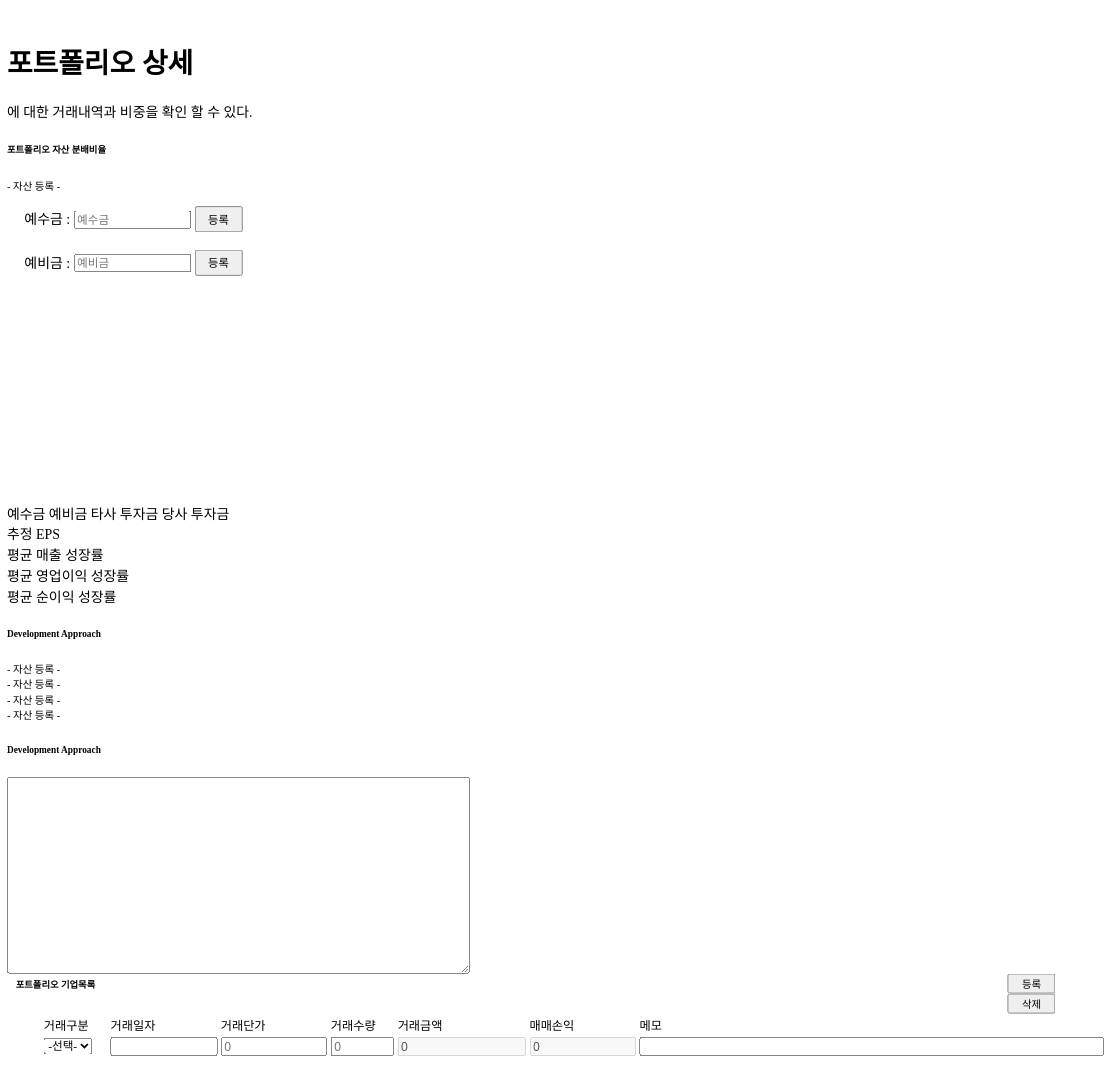
Repository: bangProgram/PJT_Finance
Page: http://localhost/Finance/WEB-INF/views/portfolio/portfolioDetail.jsp
These files come from the project's save history. The page is drawn as it stood at one moment and after the next save; the edit follows.
The browser window is 1280 px wide. The pictures show the whole page, at 87% of full size.
The page is served by Tomcat 9. Nobody is signed in. Other server files are loaded and not shown. The template is opened directly, without the code that normally fills it, so the values that code supplies are empty.

Above is the page before, as saved 2022-11-17 06:07:59.

### Finance/src/main/webapp/WEB-INF/views/portfolio/portfolioDetail.jsp
<%@ page pageEncoding="UTF-8" contentType="text/html;charset=utf-8"%>
<%@ taglib prefix="fmt" uri="http://java.sun.com/jsp/jstl/fmt"%>
<%@ taglib uri="http://java.sun.com/jsp/jstl/core" prefix="c"%>
<script src="https://code.jquery.com/jquery-3.4.1.min.js"></script>﻿
<script type="text/javascript">
	var toggleChk = true;
	$(document).ready(function(){
		$("#gubn").change(function(){
			if(this.value == "0101"){
				$("#inputTr").css("background-color","#ffc4c4");
			}else if(this.value == "0102"){
				$("#inputTr").css("background-color","#cad8ff");
			}else{
				$("#inputTr").css("background-color","");
			}

		});


	});

	function portDetailSave(mode){
		var frm = document.searchForm;
		var gubn = $("#gubn").val();

		$("#mode").val(mode);

		if(gubn == "0101"){
			var TRADE_QUANTITY = $("#TRADE_QUANTITY").val();
			var TRADE_AMOUNT = $("#TRADE_AMOUNT").val();
			$("#BUY_QUANTITY").val(TRADE_QUANTITY);
			$("#BUY_AMOUNT").val(TRADE_AMOUNT);

		}else{
			var TRADE_QUANTITY = $("#TRADE_QUANTITY").val();
			var TRADE_AMOUNT = $("#TRADE_AMOUNT").val();
			$("#SELL_QUANTITY").val(TRADE_QUANTITY);
			$("#SELL_AMOUNT").val(TRADE_AMOUNT);

		}

		$("#TRADE_AMOUNT").attr("disabled",false);
		$("#RETURN_AMOUNT").attr("disabled",false);
		frm.action = "/portfolio/detail/cud";
		frm.submit();
	}

	function calTradeAmount(){
		var gubn = $("#gubn").val();
		if(gubn != "" && gubn != null){
			var TRADE_PRICE = $("#TRADE_PRICE").val();
			var TRADE_QUANTITY = $("#TRADE_QUANTITY").val();

			var calValue = TRADE_PRICE * TRADE_QUANTITY
			$("#TRADE_AMOUNT").val(calValue);


			if(gubn == "0102"){
				var calReturn = (TRADE_PRICE - AVR_PRICE) * TRADE_QUANTITY
				$("#RETURN_AMOUNT").val(calReturn);
			}
		}else{
			alert("거래구분 먼저 선택해주세요");
			return;
		}
	}

</script>

<style>
@keyframes add {
	from{background : lightgreen;}
	to{background : transparent;}
}

@keyframes del {
	from{background : indianred;}
	to{background : transparent;}
}

@keyframes search {
	from{background : lightsteelblue;}
	to{background : transparent;}
}

</style>
<html>
<head>
<title>사업장 목록</title>
</head>
<body>

<div class="container-fluid">

	<!-- Page Heading -->
	<h1 class="h3 mb-2 text-gray-800"><c:out value="${resultData.CORP_NAME }"/> 포트폴리오 상세</h1>
	<p class="mb-4"><c:out value="${resultData.CORP_NAME }"/> 에 대한 거래내역과 비중을 확인 할 수 있다.
		<span id=""></span>
	</p>


	<div class="row">
                        <!-- Pie Chart -->
		<div class="col-xl-4 col-lg-5">
			<div class="card shadow mb-4" id="cardDiv">
		        <!-- Card Header - Dropdown -->
		        <div class="card-header py-3 d-flex flex-row align-items-center justify-content-between">
		            <h6 class="m-0 font-weight-bold text-primary">포트폴리오 자산 분배비율</h6>
		            <div class="dropdown no-arrow">
		                <a class="dropdown-toggle" href="#" role="button" id="dropdownMenuLink" data-toggle="dropdown" aria-haspopup="true" aria-expanded="false">
		                    <i class="fas fa-ellipsis-v fa-sm fa-fw text-gray-400"></i>
		                </a>
		                <div class="dropdown-menu dropdown-menu-right shadow animated--fade-in" aria-labelledby="dropdownMenuLink">
		                    <div class="dropdown-header" style="font-size: 12px;">- 자산 등록 -</div>
		                    <div class="dropdown-divider"></div>
		                    <div style="padding: 5px 10px 5px 10px;">
			                    <div class="dropdown-item" style="padding: 10px 10px 10px 10px;">
				                    예수금 : <input type="text" name="DEPOSIT_AMOUNT" id="DEPOSIT_AMOUNT" style="width : 135px;" value="${getPortfolio.DEPOSIT_AMOUNT }"  title="예수금" placeholder="예수금">
				                    <button class="btn btn-outline-primary" style="height: 30px; font-size: 13px; width: 55px;" id="btn_DEPOSIT_AMOUNT" onclick="regAsset('deposit'); return false;">
				                    	<c:if test="${getPortfolio.DEPOSIT_AMOUNT != null }">수정</c:if>
				                    	<c:if test="${getPortfolio.DEPOSIT_AMOUNT == null }">등록</c:if>
				                    </button>
			                    </div>
			                    <div class="dropdown-divider"></div>
			                    <div class="dropdown-item" style="padding: 10px 10px 10px 10px;">
				                    예비금 : <input type="text" name="RESERVE_AMOUNT" id="RESERVE_AMOUNT" style="width : 135px;" value="${getPortfolio.RESERVE_AMOUNT }"  title="예비금" placeholder="예비금">
				                    <button class="btn btn-outline-primary" style="height: 30px; font-size: 13px; width: 55px;" id="btn_RESERVE_AMOUNT" onclick="regAsset('reserve'); return false;">
				                    	<c:if test="${getPortfolio.RESERVE_AMOUNT != null }">수정</c:if>
				                    	<c:if test="${getPortfolio.RESERVE_AMOUNT == null }">등록</c:if>
				                    </button>
			                    </div>
		                    </div>
		                </div>
		            </div>
		        </div>
		        <!-- Card Body -->
		        <div class="card-body">
		            <div class="chart-pie pt-4 pb-2"><div class="chartjs-size-monitor"><div class="chartjs-size-monitor-expand"><div class=""></div></div><div class="chartjs-size-monitor-shrink"><div class=""></div></div></div>
		                <canvas id="myPieChart" width="470" height="245" style="display: block; width: 470px; height: 245px;" class="chartjs-render-monitor"></canvas>
		            </div>
		            <div class="mt-4 text-center small">
		                <span class="mr-2">
		                    <i class="fas fa-circle text-info"></i> 예수금
		                </span>
		                <span class="mr-2">
		                    <i class="fas fa-circle text-warning"></i> 예비금
		                </span>
		                <span class="mr-2">
		                    <i class="fas fa-circle text-secondary"></i> 타사 투자금
		                </span>
		                <span class="mr-2">
		                    <i class="fas fa-circle text-success"></i> 당사 투자금
		                </span>
		            </div>
		        </div>
		    </div>
		</div>

		<!-- Area Chart -->
	    <div class="" style="width: 180px;">
	        <div class="card shadow mb-4">
				<div class="card border-left-primary shadow h-100 py-2">
	            	<div class="card-body">
	                	<div class="row no-gutters align-items-center">
	                    	<div class="col mr-2">
	                        	<div class="text-xs font-weight-bold text-primary text-uppercase mb-1">
	                              추정 EPS</div>
								<div class="h5 mb-0 font-weight-bold text-gray-800"><c:out value=" ${resultData.ESTIMATE_EPS}"/></div>
	                      	</div>
	                  	</div>
	              	</div>
	          	</div>
	          	<div class="card border-left-info shadow h-100 py-2">
	              	<div class="card-body">
	                  	<div class="row no-gutters align-items-center">
	                      	<div class="col mr-2">
	                          	<div class="text-xs font-weight-bold text-info text-uppercase mb-1">
	                              	평균 매출 성장률</div>
	                          	<div class="h5 mb-0 font-weight-bold text-gray-800"><c:out value=" ${resultData.AVG_REVENUE_GROWTH}"/></div>
	                      	</div>
	                  	</div>
	              	</div>
	          	</div>
	        	<div class="card border-left-info shadow h-100 py-2">
	              	<div class="card-body">
	                  	<div class="row no-gutters align-items-center">
	                      	<div class="col mr-2">
	                          	<div class="text-xs font-weight-bold text-info text-uppercase mb-1">
	                              	평균 영업이익 성장률</div>
	                          	<div class="h5 mb-0 font-weight-bold text-gray-800"><c:out value=" ${resultData.AVG_OPERAT_GROWTH}"/></div>
	                      	</div>
	                  	</div>
	              	</div>
	          	</div>
	          	<div class="card border-left-info shadow h-100 py-2">
	              	<div class="card-body">
	                  	<div class="row no-gutters align-items-center">
	                      	<div class="col mr-2">
	                          	<div class="text-xs font-weight-bold text-info text-uppercase mb-1">
	                              	평균 순이익 성장률</div>
	                          	<div class="h5 mb-0 font-weight-bold text-gray-800"><c:out value=" ${resultData.AVG_PROFIT_GROWTH}"/></div>
	                      	</div>
	                  	</div>
	              	</div>
	          	</div>
	        </div>
		</div>
		<!-- MEMO Area -->
	    <div class="col-xl-2 col-lg-5">
			<div class="card shadow mb-4">
				<div class="card-header py-3">
					<h6 class="m-0 font-weight-bold text-primary">Development Approach</h6>
				</div>
				<div class="card-body">
                    <div class="dropdown-header" style="font-size: 12px;">
                    	<span>- 자산 등록 -</span>
                    </div>
                    <div class="dropdown-divider"></div>
                    <div class="dropdown-header" style="font-size: 12px;">
                    	<span>- 자산 등록 -</span>
                    </div>
                    <div class="dropdown-divider"></div>
                    <div class="dropdown-header" style="font-size: 12px;">
                    	<span>- 자산 등록 -</span>
                    </div>
                    <div class="dropdown-divider"></div>
                    <div class="dropdown-header" style="font-size: 12px;">
                    	<span>- 자산 등록 -</span>
                    </div>
                    <div class="dropdown-divider"></div>
				</div>
			</div>
		</div>
		<!-- MEMO Area -->
	    <div class="col-xl-4 col-lg-5">
			<div class="card shadow mb-4">
				<div class="card-header py-3">
					<h6 class="m-0 font-weight-bold text-primary">Development Approach</h6>
				</div>
				<div class="card-body">
					<textarea  rows="20" cols="85" style="    font-size: 10px;"><c:out value="${resultData.MEMO }"/></textarea>
				</div>
			</div>
		</div>
	</div>

	<form name="searchForm" method="post">
		<div class="container-fluid">
			<input type="hidden" name="mode" id="mode" value="" title="수정 FLAG">
			<input type="hidden" name="CORP_CODE" id="CORP_CODE" value="<c:out value='${resultData.CORP_CODE }'/>" title="현재보고있는 기업 코드">
			<input type="hidden" name="AVR_PRICE" id="AVR_PRICE" value="<c:out value='${resultData.AVR_PRICE}'/>" title="현재보고있는 기업 평균단가"/>
			<input type="hidden" name="HOLD_QUANTITY" id="HOLD_QUANTITY" value="<c:out value='${resultData.HOLD_QUANTITY }'/>" title="현재보고있는 기업 보유 수량">

			<input type="hidden" name="SEQs" id="SEQs" value="" title="삭제대상 상세 SEQ(복수)">

		</div>

	<!-- DataTales Example -->
	    <div class="card shadow mb-4">
	        <div class="card-header py-3" id="dataTables" style="display: table;">
	            <h6 class="m-0 font-weight-bold text-primary" style="display: table-cell; width: 91%; padding-left: 10px;">포트폴리오 기업목록</h6>
	            <div >
					<button class="dt-button buttons-excel buttons-html5 btn btn-outline-primary excelBtn" style="width: 55px; font-size: 12px;" tabindex="0" aria-controls="portCorpList" type="submit" onclick="portDetailSave('add'); return false;">
						<span>등록</span>
					</button>
					<button class="dt-button buttons-excel buttons-html5 btn btn-outline-primary excelBtn" style="width: 55px; font-size: 12px;" tabindex="0" aria-controls="portCorpList" type="submit" onclick="portDetailSave('del'); return false;">
						<span>삭제</span>
					</button>
				</div>
	        </div>
	        <div class="card-body">
	            <div class="table-responsive" >
	                <table id="portCorpList" class="table table-bordered" id="dataTable"  style="font-size: 14px; width:100%" >
	                	<colgroup>
	                		<col width="3%"/>
	                		<col width="6%"/>
	                		<col width="10%"/>
	                		<col width="10%"/>
	                		<col width="6%"/>
	                		<col width="12%"/>
	                		<col width="10%"/>
	                		<col width="43%"/>
	                	</colgroup>
	                    <thead id="tableHead">
				            <tr>
				            	<td></td>
				            	<td>거래구분</td>
								<td>거래일자</td>
								<td>거래단가</td>
								<td>거래수량</td>
								<td>거래금액</td>
								<td>매매손익</td>
								<td>메모</td>
							</tr>
				        </thead>
				        <tbody id="bodyList">
							<c:forEach items="${resultList}" var="ls" >
								<c:if test="${ls.GUBN == '0101'}"><tr style="background-color: #ffc4c4;"></c:if>
								<c:if test="${ls.GUBN == '0102'}"><tr style="background-color: #cad8ff;"></c:if>
									<td><input type="checkbox" name="del" value="${ls.SEQ}" title="포트폴리오 상세 SEQ"/></td>
									<td><c:out value="${ls.GUBN_NM}"/></td>
									<td><c:out value="${ls.TRADE_DATE}"/></td>
									<td><c:out value="${ls.TRADE_PRICE}"/></td>
									<td>
										<c:if test="${ls.GUBN == '0101'}"><c:out value="${ls.BUY_QUANTITY}"/></c:if>
										<c:if test="${ls.GUBN == '0102'}"><c:out value="${ls.SELL_QUANTITY}"/></c:if>
									</td>
									<td>
										<c:if test="${ls.GUBN == '0101'}"><c:out value="${ls.BUY_AMOUNT}"/></c:if>
										<c:if test="${ls.GUBN == '0102'}"><c:out value="${ls.SELL_AMOUNT}"/></c:if>
									</td>
									<td><c:out value="${ls.RETURN_AMOUNT}"/></td>
									<td><c:out value="${ls.MEMO}"/></td>
								</tr>
							</c:forEach>
							<tr id="inputTr">
								<td></td>
								<td>
									<select name="gubn" id="gubn" title="포트폴리오 상세 구분">
										<option value="">-선택-</option>
										<option value="0101">매수</option>
										<option value="0102">매도</option>
									</select>
								</td>
							    <td><input type="text" name="TRADE_DATE" id="TRADE_DATE" value="${curDate}" title="포트폴리오 거래일자" style="font-size: 14px; width:100%" /></td>
							    <td>
							    	<input type="text" name="TRADE_PRICE" onchange="calTradeAmount(); return false;" id="TRADE_PRICE" value="" placeholder="0" title="포트폴리오 거래단가" style="font-size: 14px; width:100%" />
							    </td>
								<td>
									<input type="text" name="TRADE_QUANTITY" onchange="calTradeAmount(); return false;" id="TRADE_QUANTITY" value="" placeholder="0" title="포트폴리오 거래수량" style="font-size: 14px; width:100%" />
									<input type="hidden" name="BUY_QUANTITY" id="BUY_QUANTITY" value="" title="매수 거래수량"/>
									<input type="hidden" name="SELL_QUANTITY" id="SELL_QUANTITY" value="" title="매도 거래수량"/>
								</td>
								<td>
									<input type="text" name="TRADE_AMOUNT" id="TRADE_AMOUNT" value="0" title="포트폴리오 거래금액" disabled="disabled" style="font-size: 14px; width:100%"/>
									<input type="hidden" name="BUY_AMOUNT" id="BUY_AMOUNT" value="" title="매수 거래금액"/>
									<input type="hidden" name="SELL_AMOUNT" id="SELL_AMOUNT" value="" title="매도 거래금액"/>
								</td>
								<td><input type="text" name="RETURN_AMOUNT" id="RETURN_AMOUNT" value="0" title="포트폴리오 매매손익" disabled="disabled" style="font-size: 14px; width:100%"/></td>
								<td><input type="text" name="MEMO" id="MEMO" value="" title="포트폴리오 거래 사유" style="font-size: 14px; width:100%"/></td>
							</tr>
				        </tbody>
	                </table>
	            </div>
	        </div>
	    </div>
	</form>
</div>

</body>
</html>

After the next save:
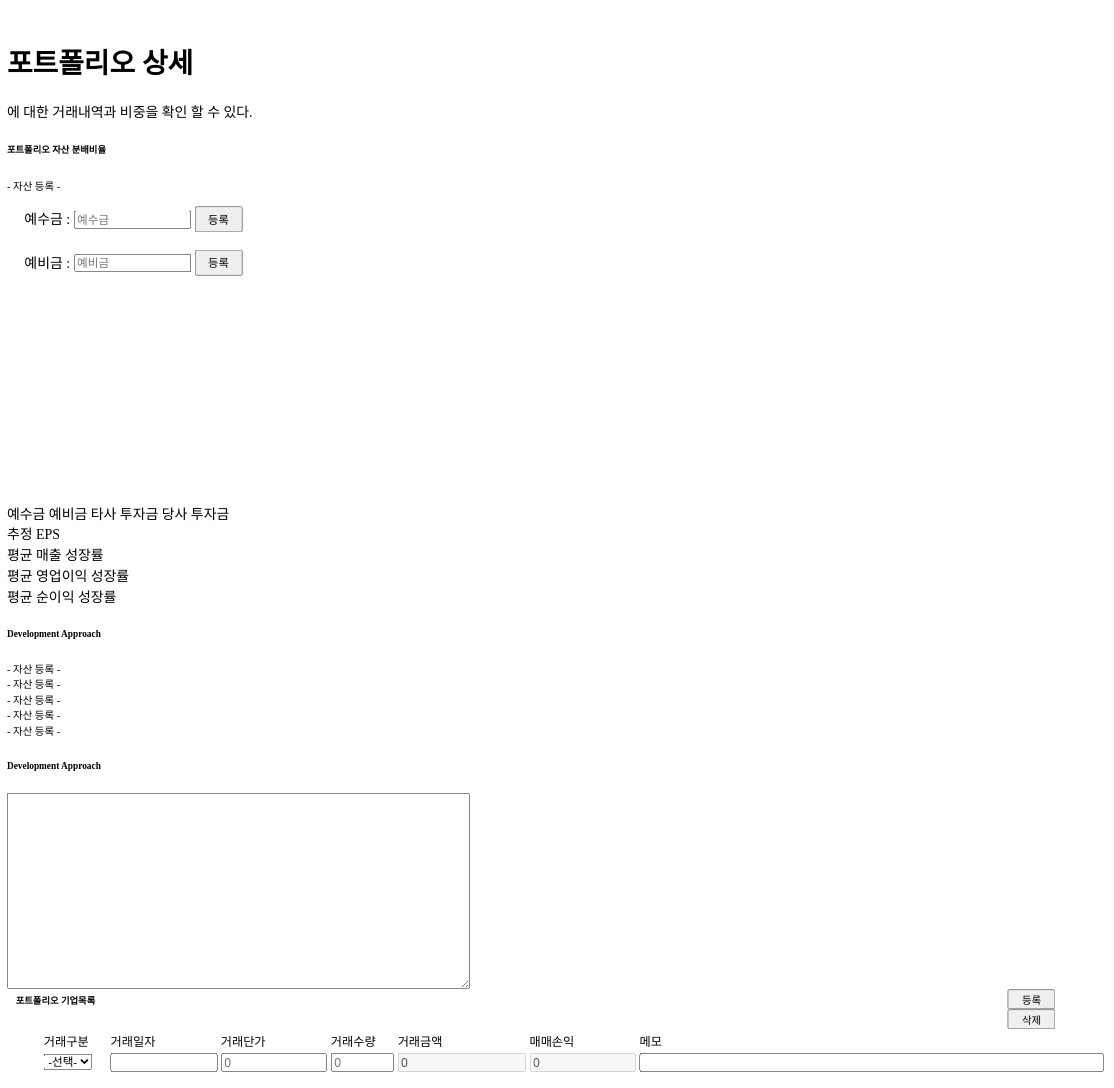
Saved 6 s later.
--- a/Finance/src/main/webapp/WEB-INF/views/portfolio/portfolioDetail.jsp
+++ b/Finance/src/main/webapp/WEB-INF/views/portfolio/portfolioDetail.jsp
@@ -228,6 +228,9 @@
                     	<span>- 자산 등록 -</span>
                     </div>
                     <div class="dropdown-divider"></div>
+                    <div class="dropdown-header" style="font-size: 12px;">
+                    	<span>- 자산 등록 -</span>
+                    </div>
 				</div>
 			</div>
 		</div>
